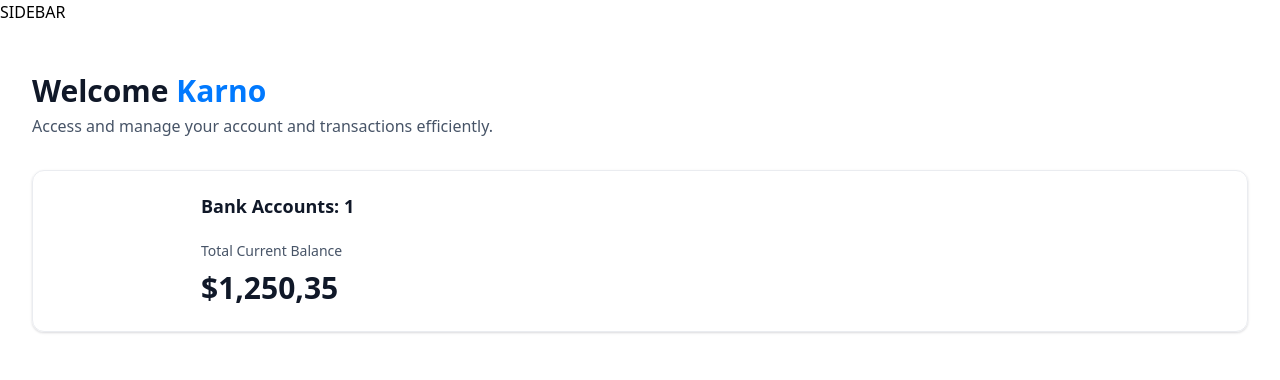
Repository: KarnoSarker/Banking
Page: /
These files come from the project's save history. The page is drawn as it stood at one moment and after the next save; the edit follows.
The browser window is 1280 px wide. The pictures show the whole page.
The project was rebuilt for these pictures with package versions that can differ from the ones it lists, and the page was loaded fresh each time. The framework's server and built-in components were replaced by stand-ins that run in the browser. Also part of the build but not shown: next.config.mjs.

Above is the page before, as saved 2024-05-14 16:03:09.

### app/layout.tsx
import type { Metadata } from 'next';
import { Inter, IBM_Plex_Serif } from 'next/font/google';
import './globals.css';

const inter = Inter({ subsets: ['latin'], variable: '--font-inter' });
const ibmPlexSerif = IBM_Plex_Serif({
  subsets: ['latin'],
  weight: ['400', '700'],
  variable: '--font-ibm-plex-serif',
});

export const metadata: Metadata = {
  title: 'CityBank',
  description: 'CityBank for everyone',
  icons: {
    icon: '/icons/logo.svg',
  },
};

export default function RootLayout({
  children,
}: Readonly<{
  children: React.ReactNode;
}>) {
  return (
    <html lang='en'>
      <body className={`${inter.variable} ${ibmPlexSerif.variable}`}>
        {children}
      </body>
    </html>
  );
}

### app/(root)/page.tsx
import HeaderBox from '@/components/HeaderBox';
import TotalBalanceBox from '@/components/TotalBalanceBox';
import React from 'react';

const Home = () => {
  const loggedIn = { firstName: 'Karno' };
  return (
    <section className='home'>
      <div className='home-content'>
        <header className='home-header'>
          <HeaderBox
            type='greeting'
            title='Welcome'
            user={loggedIn?.firstName || 'Guest'}
            subtext='Access and manage your account and transactions efficiently.'
          />
        </header>
        <TotalBalanceBox
          accounts={[]}
          totalBanks={1}
          totalCurrentBalance={1250.35}
        />
      </div>
    </section>
  );
};

export default Home;

### components/HeaderBox.tsx
import React from 'react';

const HeaderBox = ({
  type = 'title',
  title,
  subtext,
  user,
}: HeaderBoxProps) => {
  return (
    <div className='header-box'>
      <h1 className='header-box-title'>
        {title}
        {type === 'greeting' && (
          <span className='text-bankGradient'>&nbsp;{user}</span>
        )}
      </h1>
      <p className='header-box-subtext'>{subtext}</p>
    </div>
  );
};

export default HeaderBox;

### components/TotalBalanceBox.tsx
import React from 'react';
import AnimatedCounter from './AnimatedCounter';

const TotalBalanceBox = ({
  accounts = [],
  totalBanks,
  totalCurrentBalance,
}: TotlaBalanceBoxProps) => {
  return (
    <section className='total-balance'>
      <div className='total-balance-chart'>{/* Chart */}</div>
      <div className='flex flex-col gap-6'>
        <h2 className='header-2'>Bank Accounts: {totalBanks}</h2>
        <div className='flex flex-col gap-2'>
          <p className='total-balance-label'>Total Current Balance</p>
          <p className='total-balance-amount flex-center gap-2'>
            <AnimatedCounter amount={totalCurrentBalance} />
          </p>
        </div>
      </div>
    </section>
  );
};

export default TotalBalanceBox;

### components/AnimatedCounter.tsx
'use client';
import CountUp from 'react-countup';

const AnimatedCounter = ({ amount }: { amount: number }) => {
  return (
    <div className='w-full'>
      <CountUp
        duration={2.75}
        decimals={2}
        decimal=','
        prefix='$'
        end={amount}
      />
    </div>
  );
};

export default AnimatedCounter;

### components/ui/DoughnutChart.tsx
'use client';

import { Chart as ChartJS, ArcElement, Tooltip, Legend } from 'chart.js';
import { Doughnut } from 'react-chartjs-2';

ChartJS.register(ArcElement, Tooltip, Legend);

const DoughnutChart = ({ accounts }: DoughnutChartProps) => {
  const data = {
    datasets: [
      {
        label: 'Banks',
        data: [1250, 2500, 3750],
        backgroundColor: ['#0747b6', '#2265d8', '#2f91fa'],
      },
    ],
    labels: ['Bank 1', 'Bank 2', 'Bank 3'],
  };
  return <Doughnut data={data} />;
};

export default DoughnutChart;

Loaded but not shown: app/(root)/layout.tsx (common file); app/globals.css (common file); tailwind.config.ts (common file)

After the next save:
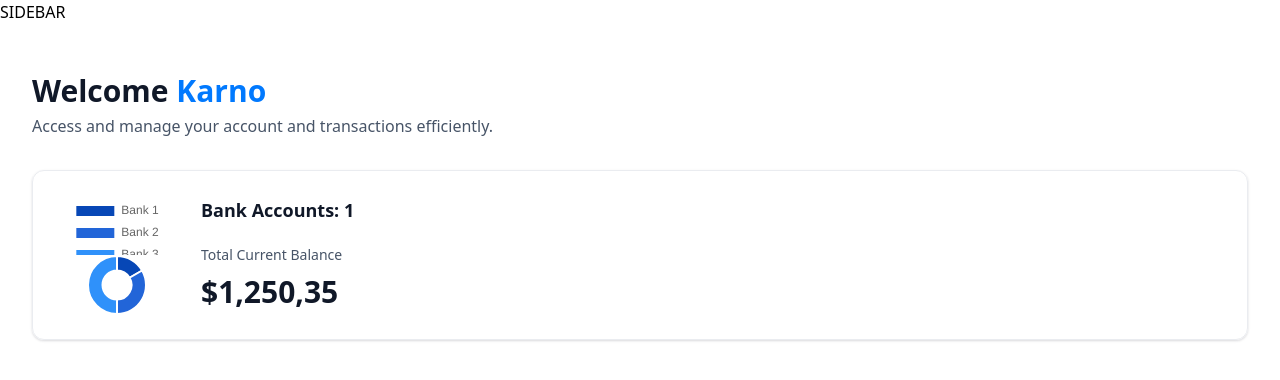
Saved 2 s later.
--- a/components/TotalBalanceBox.tsx
+++ b/components/TotalBalanceBox.tsx
@@ -1,5 +1,6 @@
 import React from 'react';
 import AnimatedCounter from './AnimatedCounter';
+import DoughnutChart from './ui/DoughnutChart';
 
 const TotalBalanceBox = ({
   accounts = [],
@@ -8,7 +9,9 @@ const TotalBalanceBox = ({
 }: TotlaBalanceBoxProps) => {
   return (
     <section className='total-balance'>
-      <div className='total-balance-chart'>{/* Chart */}</div>
+      <div className='total-balance-chart'>
+        <DoughnutChart accounts={accounts} />
+      </div>
       <div className='flex flex-col gap-6'>
         <h2 className='header-2'>Bank Accounts: {totalBanks}</h2>
         <div className='flex flex-col gap-2'>
